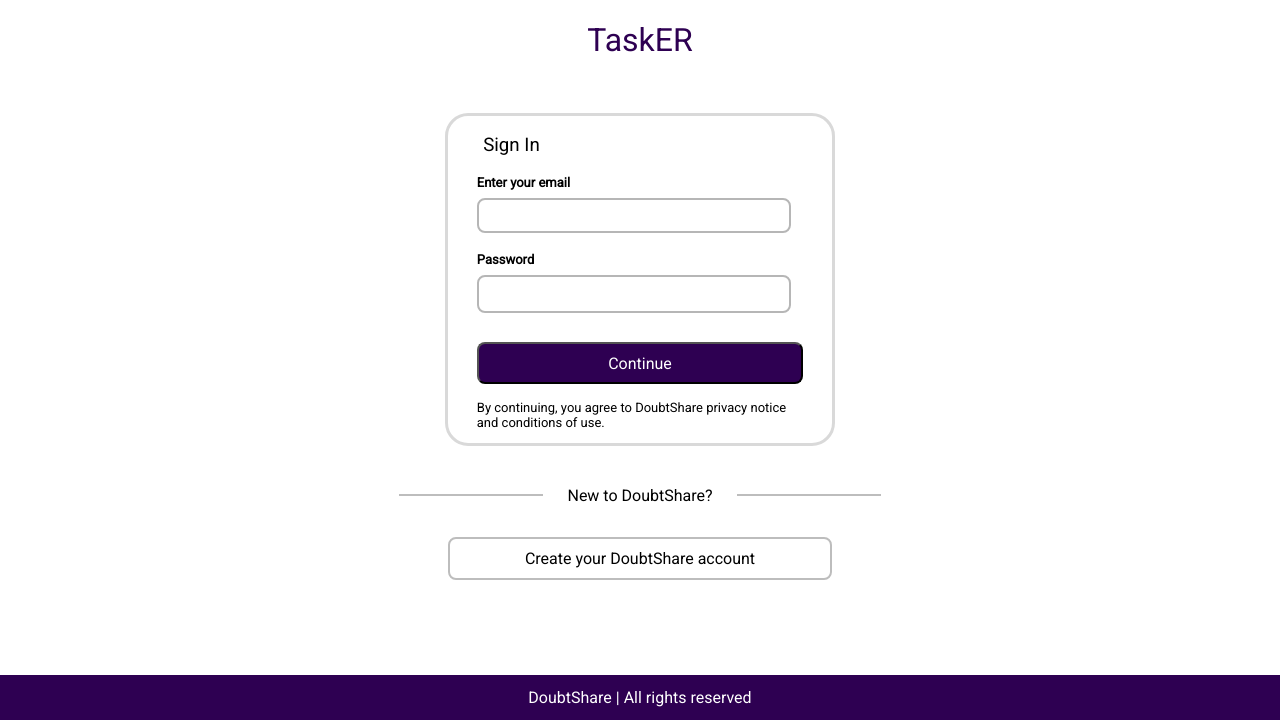
Repository: drumsmanku/task-manager
Page: /login (app in client/)
The author's editor kept a copy of each file at every save. The page is drawn from the files as they stood at one save, then again after the next save.
The browser window is 1280 px wide. The pictures show the whole page.
The project was rebuilt for these pictures with package versions that can differ from the ones it lists, and the page was loaded fresh each time. Also part of the build but not shown: client/src/App.css, client/src/Components/AddTaskPopUp/AddTaskPopUp.jsx, client/src/Components/MainPage/MainPage.jsx, client/src/Components/Register/Register.jsx.

Above is the page before, as saved 2024-01-25 21:43:06.

After the next save:
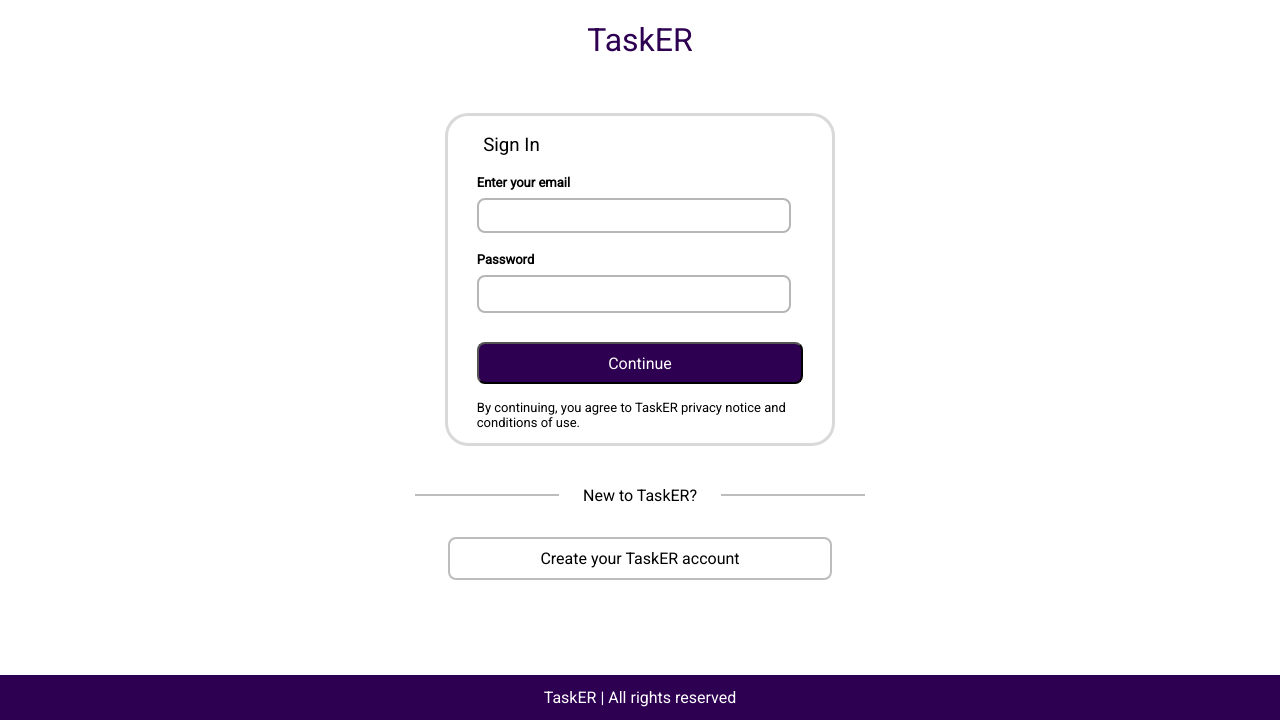
Saved 32 s later.
--- a/client/src/Components/Login/Login.jsx
+++ b/client/src/Components/Login/Login.jsx
@@ -87,23 +87,23 @@ function Login() {
 
 
           <div style={{width:'100%', display:'flex', justifyContent:'center', marginTop:'1rem'}}>
-            <p style={{width:'85%', textAlign:'left',fontSize:'small',  marginTop:0}}>By continuing, you agree to DoubtShare privacy notice and conditions of use.
+            <p style={{width:'85%', textAlign:'left',fontSize:'small',  marginTop:0}}>By continuing, you agree to TaskER privacy notice and conditions of use.
             </p>
           </div>
 
         </form>
         <div style={{display:'flex', marginTop:'2.5rem'}}>
           <hr className={styles.wideLine} />
-          <span className={styles.newToMusic} >New to DoubtShare?</span>
+          <span className={styles.newToMusic} >New to TaskER?</span>
           <hr className={styles.wideLine} />
         </div>
 
-        <button className={styles.notLoggedInButton}  onClick={()=>{navigate('/register/student')}}>Create your DoubtShare account</button>
+        <button className={styles.notLoggedInButton}  onClick={()=>{navigate('/register/student')}}>Create your TaskER account</button>
       </div>
 
 
       <footer style={{ backgroundColor:'#2E0052', width:'100%', padding:'0.8rem 0 0.8rem 0', color:'white', textAlign:'center'}}>
-          DoubtShare | All rights reserved
+      TaskER | All rights reserved
       </footer>
     </div>
   )
